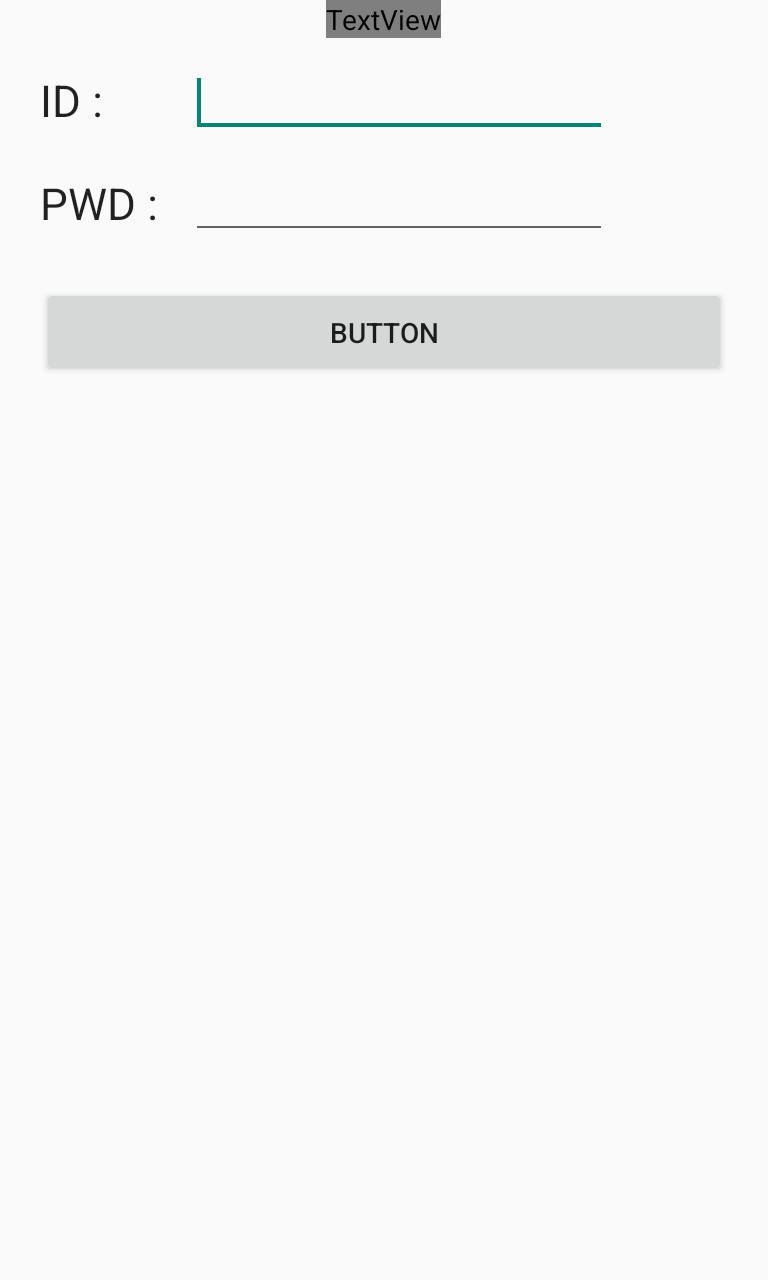
Repository: dev-sean/kosta
Layout: and1016/res/layout/ex2_post.xml
An editor plug-in stored every save of this project. The layout is shown before and after the next save, followed by the edit.
Pictures or frames that could not be fetched are drawn as grey boxes. It is drawn on a 768 x 1280 px phone screen (xhdpi) without system bars, with theme AppTheme; the app's code is not run.

Above is the layout before, as saved 2014-10-16 03:08:52.

### and1016/res/layout/ex2_post.xml
<?xml version="1.0" encoding="utf-8"?>
<LinearLayout xmlns:android="http://schemas.android.com/apk/res/android"
    android:layout_width="match_parent"
    android:layout_height="match_parent"
    android:orientation="vertical" >

    <TextView
        android:layout_width="wrap_content"
        android:layout_height="wrap_content"
        android:layout_gravity="center"
        android:text="LoginForm"
        android:textColor="blue"
        android:textSize="30sp" />

    <TableLayout
        android:layout_width="match_parent"
        android:layout_height="wrap_content"
        android:layout_marginTop="10dp" >

        <TableRow
            android:id="@+id/tableRow1"
            android:layout_width="wrap_content"
            android:layout_height="wrap_content" >

            <TextView
                android:layout_width="wrap_content"
                android:layout_height="wrap_content"
                android:layout_marginLeft="20dp"
                android:layout_marginRight="10dp"
                android:text="ID :"
                android:textAppearance="?android:attr/textAppearanceLarge" />

            <EditText
                android:id="@+id/editText1"
                android:layout_width="wrap_content"
                android:layout_height="wrap_content"
                android:ems="10" >

                <requestFocus />
            </EditText>
        </TableRow>

        <TableRow
            android:id="@+id/tableRow2"
            android:layout_width="wrap_content"
            android:layout_height="wrap_content"
            android:layout_marginTop="10dp" >

            <TextView
                android:layout_width="wrap_content"
                android:layout_height="wrap_content"
                android:layout_marginLeft="20dp"
                android:layout_marginRight="10dp"
                android:text="PWD : "
                android:textAppearance="?android:attr/textAppearanceLarge" />

            <EditText
                android:id="@+id/editText2"
                android:layout_width="wrap_content"
                android:layout_height="wrap_content"
                android:ems="10" />
        </TableRow>
    </TableLayout>

    <Button
        android:id="@+id/button1"
        android:layout_width="match_parent"
        android:layout_height="wrap_content"
        android:layout_gravity="center"
        android:layout_marginLeft="20dp"
        android:layout_marginRight="20dp"
        android:layout_marginTop="20dp"
        android:text="Button" />

</LinearLayout>

Loaded but not shown: and1016/res/values/styles.xml (common file); and1016/res/values-v11/styles.xml (common file); and1016/res/values-v14/styles.xml (common file)

After the next save:
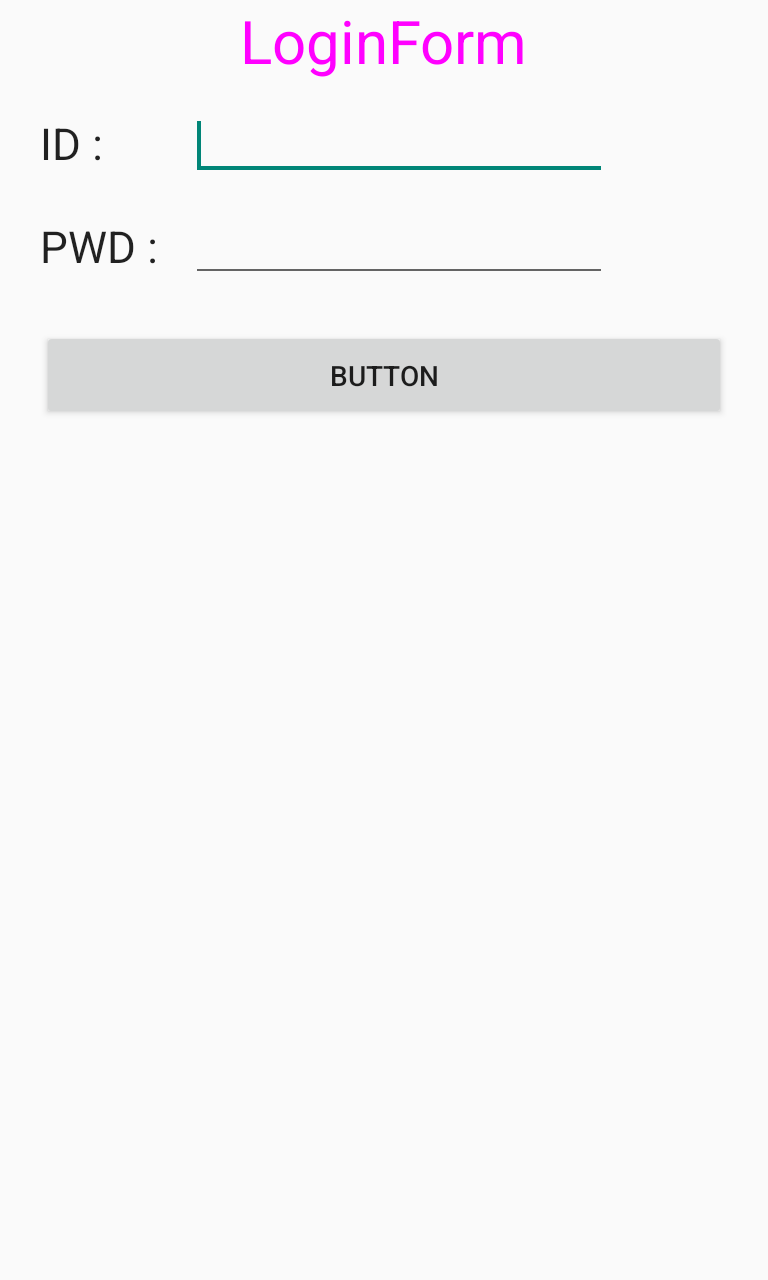
Saved 42 s later.
--- a/and1016/res/layout/ex2_post.xml
+++ b/and1016/res/layout/ex2_post.xml
@@ -9,7 +9,7 @@
         android:layout_height="wrap_content"
         android:layout_gravity="center"
         android:text="LoginForm"
-        android:textColor="blue"
+        android:textColor="#ff00ff"
         android:textSize="30sp" />
 
     <TableLayout
@@ -18,7 +18,6 @@
         android:layout_marginTop="10dp" >
 
         <TableRow
-            android:id="@+id/tableRow1"
             android:layout_width="wrap_content"
             android:layout_height="wrap_content" >
 
@@ -31,7 +30,7 @@
                 android:textAppearance="?android:attr/textAppearanceLarge" />
 
             <EditText
-                android:id="@+id/editText1"
+                android:id="@+id/ex2_idtext"
                 android:layout_width="wrap_content"
                 android:layout_height="wrap_content"
                 android:ems="10" >
@@ -41,7 +40,6 @@
         </TableRow>
 
         <TableRow
-            android:id="@+id/tableRow2"
             android:layout_width="wrap_content"
             android:layout_height="wrap_content"
             android:layout_marginTop="10dp" >
@@ -55,7 +53,7 @@
                 android:textAppearance="?android:attr/textAppearanceLarge" />
 
             <EditText
-                android:id="@+id/editText2"
+                android:id="@+id/ex2_pwdtext"
                 android:layout_width="wrap_content"
                 android:layout_height="wrap_content"
                 android:ems="10" />
@@ -63,7 +61,7 @@
     </TableLayout>
 
     <Button
-        android:id="@+id/button1"
+        android:id="@+id/ex2_btn1"
         android:layout_width="match_parent"
         android:layout_height="wrap_content"
         android:layout_gravity="center"
